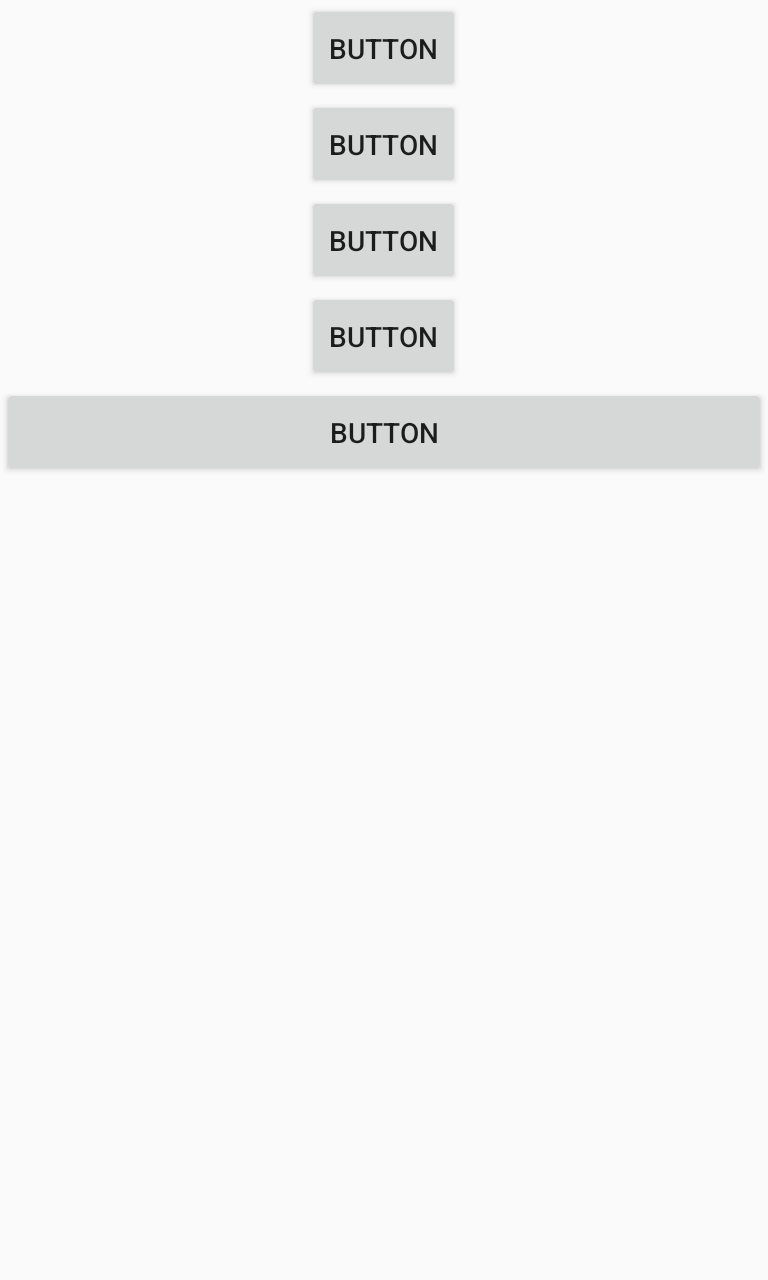
Repository: adarshnair13/my-project
Layout: example2/res/layout/activity_main.xml
The author's editor kept a copy of each file at every save. The layout is drawn from the files as they stood at one save, then again after the next save.
It is drawn on a 768 x 1280 px phone screen (xhdpi) without system bars, with theme AppTheme; the app's code is not run.

Above is the layout before, as saved 2015-02-01 22:04:30.

### example2/res/layout/activity_main.xml
<LinearLayout xmlns:android="http://schemas.android.com/apk/res/android"
    xmlns:tools="http://schemas.android.com/tools"
    android:id="@+id/LinearLayout1"
    android:layout_width="match_parent"
    android:layout_height="match_parent"
    android:weightSum="6.0"
    android:orientation="vertical"
    tools:context="com.adarsh.example2.MainActivity" >

    <LinearLayout
        android:id="@+id/LinearLayout2"
        android:layout_width="match_parent"
        android:layout_height="wrap_content"
        android:orientation="vertical" >

        <Button
            android:id="@+id/button1"
            style="?android:attr/buttonStyleSmall"
            android:layout_width="wrap_content"
            android:layout_height="wrap_content"
            android:layout_gravity="center"
            android:text="Button" />
    </LinearLayout>

    <LinearLayout
        android:layout_width="match_parent"
        android:layout_height="wrap_content"
        android:orientation="vertical" >

        <Button
            android:id="@+id/button2"
            style="?android:attr/buttonStyleSmall"
            android:layout_width="wrap_content"
            android:layout_height="wrap_content"
            android:layout_gravity="center"
            android:text="Button" />

    </LinearLayout>

    <LinearLayout
        android:layout_width="match_parent"
        android:layout_height="0"
        android:orientation="vertical" >

        <Button
            android:id="@+id/button3"
            style="?android:attr/buttonStyleSmall"
            android:layout_width="match_parent"
            android:layout_height="wrap_content"
            android:text="Button" />

    </LinearLayout>

    <LinearLayout
        android:layout_width="match_parent"
        android:layout_height="wrap_content"
        android:orientation="vertical" >

        <Button
            android:id="@+id/button4"
            style="?android:attr/buttonStyleSmall"
            android:layout_width="wrap_content"
            android:layout_height="wrap_content"
            android:layout_gravity="center"
            android:text="Button" />

    </LinearLayout>

    <LinearLayout
        android:layout_width="match_parent"
        android:layout_height="wrap_content"
        android:orientation="vertical" >

        <Button
            android:id="@+id/button5"
            style="?android:attr/buttonStyleSmall"
            android:layout_width="wrap_content"
            android:layout_height="wrap_content"
            android:layout_gravity="center"
            android:text="Button" />

    </LinearLayout>

    <LinearLayout
        android:layout_width="match_parent"
        android:layout_height="wrap_content"
        android:orientation="vertical" >

        <Button
            android:id="@+id/button6"
            style="?android:attr/buttonStyleSmall"
            android:layout_width="match_parent"
            android:layout_height="wrap_content"
            android:text="Button" />

    </LinearLayout>

</LinearLayout>

Loaded but not shown: example2/res/values/styles.xml (common file); example2/res/values-v11/styles.xml (common file); example2/res/values-v14/styles.xml (common file)

After the next save:
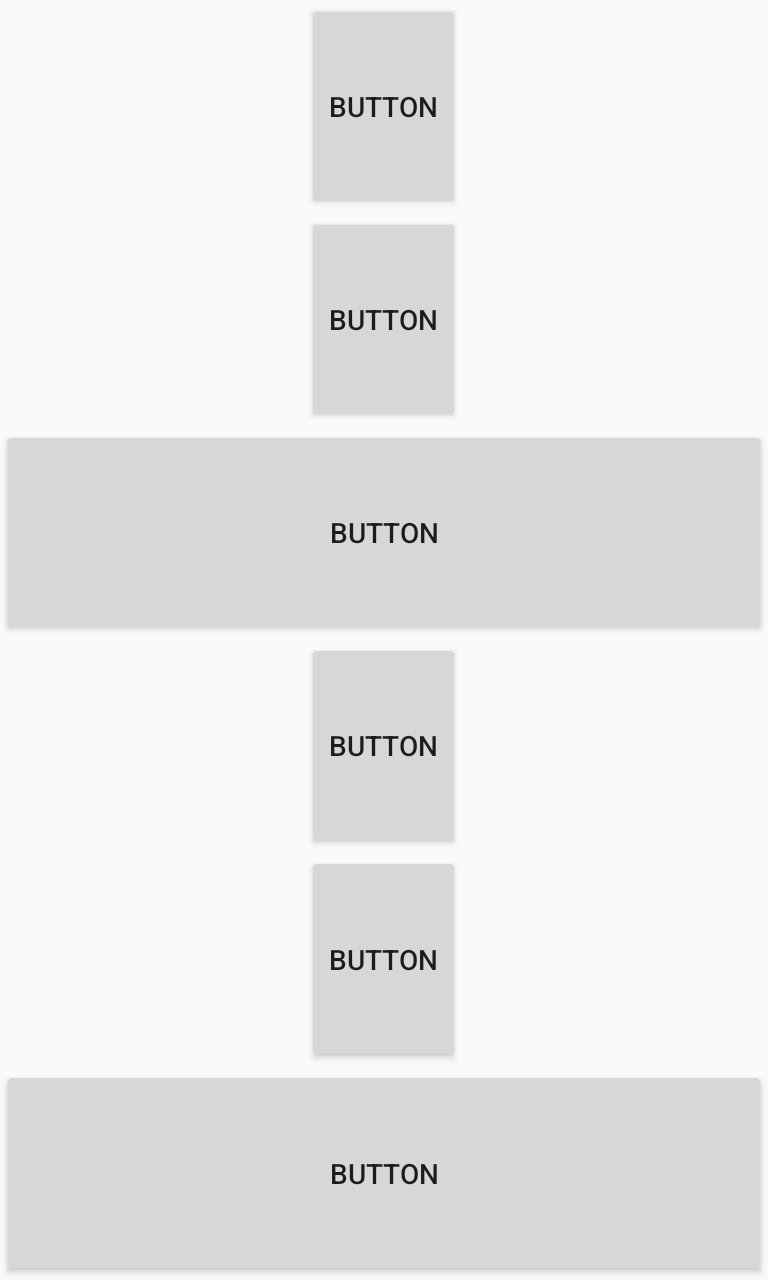
Saved 7 min 46 s later.
--- a/example2/res/layout/activity_main.xml
+++ b/example2/res/layout/activity_main.xml
@@ -7,92 +7,58 @@
     android:orientation="vertical"
     tools:context="com.adarsh.example2.MainActivity" >
 
-    <LinearLayout
-        android:id="@+id/LinearLayout2"
+    <Button
+        android:id="@+id/button1"
+        style="?android:attr/buttonStyleSmall"
+        android:layout_width="wrap_content"
+        android:layout_height="wrap_content"
+        android:layout_gravity="center"
+        android:layout_weight="1.0"
+        android:text="Button" />
+
+    <Button
+        android:id="@+id/button2"
+        style="?android:attr/buttonStyleSmall"
+        android:layout_width="wrap_content"
+        android:layout_height="wrap_content"
+        android:layout_gravity="center"
+        android:layout_weight="1.0"
+        android:text="Button" />
+
+    <Button
+        android:id="@+id/button3"
+        style="?android:attr/buttonStyleSmall"
         android:layout_width="match_parent"
         android:layout_height="wrap_content"
-        android:orientation="vertical" >
+        android:layout_gravity="center"
+        android:layout_weight="1.0"
+        android:text="Button" />
 
-        <Button
-            android:id="@+id/button1"
-            style="?android:attr/buttonStyleSmall"
-            android:layout_width="wrap_content"
-            android:layout_height="wrap_content"
-            android:layout_gravity="center"
-            android:text="Button" />
-    </LinearLayout>
+    <Button
+        android:id="@+id/button4"
+        style="?android:attr/buttonStyleSmall"
+        android:layout_width="wrap_content"
+        android:layout_height="wrap_content"
+        android:layout_gravity="center"
+        android:layout_weight="1.0"
+        android:text="Button" />
 
-    <LinearLayout
+    <Button
+        android:id="@+id/button5"
+        style="?android:attr/buttonStyleSmall"
+        android:layout_width="wrap_content"
+        android:layout_height="wrap_content"
+        android:layout_gravity="center"
+        android:layout_weight="1.0"
+        android:text="Button" />
+
+    <Button
+        android:id="@+id/button6"
+        style="?android:attr/buttonStyleSmall"
         android:layout_width="match_parent"
         android:layout_height="wrap_content"
-        android:orientation="vertical" >
-
-        <Button
-            android:id="@+id/button2"
-            style="?android:attr/buttonStyleSmall"
-            android:layout_width="wrap_content"
-            android:layout_height="wrap_content"
-            android:layout_gravity="center"
-            android:text="Button" />
-
-    </LinearLayout>
-
-    <LinearLayout
-        android:layout_width="match_parent"
-        android:layout_height="0"
-        android:orientation="vertical" >
-
-        <Button
-            android:id="@+id/button3"
-            style="?android:attr/buttonStyleSmall"
-            android:layout_width="match_parent"
-            android:layout_height="wrap_content"
-            android:text="Button" />
-
-    </LinearLayout>
-
-    <LinearLayout
-        android:layout_width="match_parent"
-        android:layout_height="wrap_content"
-        android:orientation="vertical" >
-
-        <Button
-            android:id="@+id/button4"
-            style="?android:attr/buttonStyleSmall"
-            android:layout_width="wrap_content"
-            android:layout_height="wrap_content"
-            android:layout_gravity="center"
-            android:text="Button" />
-
-    </LinearLayout>
-
-    <LinearLayout
-        android:layout_width="match_parent"
-        android:layout_height="wrap_content"
-        android:orientation="vertical" >
-
-        <Button
-            android:id="@+id/button5"
-            style="?android:attr/buttonStyleSmall"
-            android:layout_width="wrap_content"
-            android:layout_height="wrap_content"
-            android:layout_gravity="center"
-            android:text="Button" />
-
-    </LinearLayout>
-
-    <LinearLayout
-        android:layout_width="match_parent"
-        android:layout_height="wrap_content"
-        android:orientation="vertical" >
-
-        <Button
-            android:id="@+id/button6"
-            style="?android:attr/buttonStyleSmall"
-            android:layout_width="match_parent"
-            android:layout_height="wrap_content"
-            android:text="Button" />
-
-    </LinearLayout>
+        android:layout_gravity="center"
+        android:layout_weight="1.0"
+        android:text="Button" />
 
 </LinearLayout>
